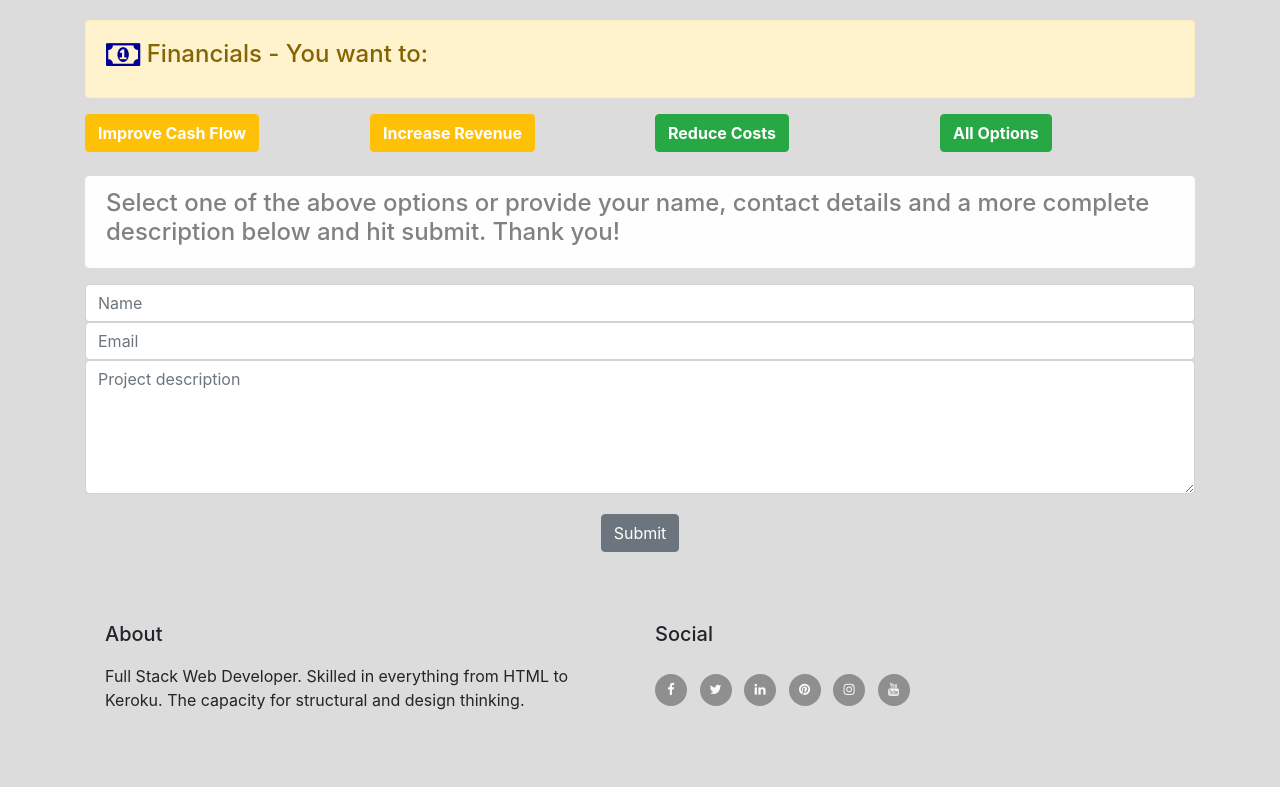
Repository: Code-Institute-Submissions/tenerim-milestone1
Page: Financials.html
The author's editor kept a record of every edit. The page is drawn from the files as they stood at one moment, then again after the next edit.
The browser window is 1280 px wide. The pictures show the whole page.

Above is the page before.

### Financials.html
<!DOCTYPE html>
<html lang="en">

<head>
    <meta charset="UTF-8">
    <meta name="viewport" content="width=device-width, initial-scale=1.0">
    <meta http-equiv="X-UA-Compatible" content="ie=edge">
    <link rel="stylesheet" href="https://stackpath.bootstrapcdn.com/bootstrap/4.3.1/css/bootstrap.min.css" type="text/css" />
    <link href="https://stackpath.bootstrapcdn.com/bootstrap/4.3.1/css/bootstrap.min.css" rel="stylesheet" integrity="sha384-ggOyR0iXCbMQv3Xipma34MD+dH/1fQ784/j6cY/iJTQUOhcWr7x9JvoRxT2MZw1T" crossorigin="anonymous">
    <link rel="stylesheet" href="https://stackpath.bootstrapcdn.com/font-awesome/4.7.0/css/font-awesome.min.css" type="text/css" />
    <link href="https://stackpath.bootstrapcdn.com/font-awesome/4.7.0/css/font-awesome.min.css" rel="stylesheet" integrity="sha384-wvfXpqpZZVQGK6TAh5PVlGOfQNHSoD2xbE+QkPxCAFlNEevoEH3Sl0sibVcOQVnN" crossorigin="anonymous">
    <link rel="stylesheet" href="assets/css/style.css" type="text/css" />
    <title>MT Milestone Project 1</title>

</head>

<!-------------------------------------------------------------Financials -->

<body>

    <section id="Financials" ;>

        <div class="container">

            <div class="row">
                <div class="col-sm-12">
                    <div class="alert alert-warning" role="alert">
                        <h4 class="alert-heading"><i class="fa fa-money fa-lg" aria-hidden="true"></i> Financials - You want to:</h4>
                    </div>
                </div>
            </div>

            <div class="row">

                <div class="col-sm-3">
                    <button type="button" class="btn btn-warning"><a href="#" class="alert-link">Improve Cash Flow</a></button> <br />
                </div>
                <div class="col-sm-3">
                    <button type="button" class="btn btn-warning"><a href="#" class="alert-link">Increase Revenue</a></button> <br />
                </div>
                <div class="col-sm-3">
                    <button type="button" class="btn btn-success"><a href="#" class="alert-link">Reduce Costs</a></button> <br />
                </div>
                <div class="col-sm-3">
                    <button type="button" class="btn btn-success"><a href="#" class="alert-link">All Options</a></button> <br /> <br />
                </div>
            </div>

            <div class="alert alert-light" role="alert">
                <h4 class="alert-heading">Select one of the above options or provide your name, contact details and a more complete description below and hit submit. Thank you!</h4>
            </div>

            <div class="center-form">
                <form>
                    <input type="text" name="name" id="fullname" class="form-control" placeholder="Name" required />
                    <input type="email" name="email" id="emailaddress" class="form-control" placeholder="Email" required />
                    <textarea rows="5" name="projectsummary" id="projectsummary" class="form-control" placeholder="Project description" required></textarea>
                    <div class="form-row text-center">
                        <div class="col">
                            <button type="submit" class="btn btn-secondary">Submit</button>
                        </div>
                    </div>
                </form>
            </div>

        </div>

    </section>


    <!-------------------------------------------------------------Footer -->

    <Section id="footer" ;>

        <footer class="container">
            <div id="footer-details" class="row">
                <div class="col-sm-6">
                    <h5 class="uppercase general-sub">About</h5>
                    <p class "inline-block">
                        Full Stack Web Developer. Skilled in everything from HTML to Keroku. The capacity for structural and design thinking.</p>
                </div>


                <div class="col-sm-6">
                    <h5 class="uppercase general-sub">Social</h5>
                    <ul class="list-inline social-links">
                        <li class="list-inline-item">
                            <a target="_blank" href="#">
                            <i class="fa fa-facebook" aria-hidden="true"></i>
                            <span class="sr-only">Facebook</span>
                        </a>
                        </li>
                        <li class="list-inline-item">
                            <a target="_blank" href="#">
                            <i class="fa fa-twitter" aria-hidden="true"></i>
                            <span class="sr-only">twitter</span>
                        </a>
                        </li>
                        <li class="list-inline-item">
                            <a target="_blank" href="#">
                            <i class="fa fa-linkedin" aria-hidden="true"></i>
                            <span class="sr-only">LinkedIn</span>
                        </a>
                        </li>
                        </li>
                        <li class="list-inline-item">
                            <a target="_blank" href="#">
                            <i class="fa fa-pinterest" aria-hidden="true"></i>
                            <span class="sr-only">Pinterest</span>
                        </a>
                        </li>
                        </li>
                        <li class="list-inline-item">
                            <a target="_blank" href="#">
                            <i class="fa fa-instagram" aria-hidden="true"></i>
                            <span class="sr-only">Instagram</span>
                        </a>
                        </li>
                        </li>
                        <li class="list-inline-item">
                            <a target="_blank" href="#">
                            <i class="fa fa-youtube" aria-hidden="true"></i>
                            <span class="sr-only">YouTube</span>
                        </a>
                        </li>
                    </ul>
                </div>
            </div>

        </footer>

    </Section>

</body>

</html>

### assets/css/style.css
.container-fluid {
    background-color: rgb(220, 220, 220);
}

section {
    background-color: rgb(220, 220, 220);
    padding-top: 10px;
    padding-bottom: 10px
}


.splash {
    background-color: rgb(192, 192, 192)
}


.display-4 {
    padding-top: 50px
}


.lead {
    padding-bottom: 50px
}


.headbox {
    border-radius: 25px;
    border: 2px solid #73AD21;
    padding: 10px;
    text-align: center;
    width: 200px;

}

h4 {
    color: rgb(255, 255, 255)
}



.alert-link {

color: rgb(255, 255, 255)
}

.nav-link {
color: #000099
}

.fa {
     color: #000099
    }



/*--------------------------------------How I Got Here-----*/

.timeline-item {
    padding: 0em 1em 1em 1em;
    border-left: 1px solid
}

.timeline-item:before {
    content: attr(data-dates);
    left: 2.5em;
    top: 3em;
    display: block;
    font-weight: 500;
    font-size: 1em;
    color: #000099;
}

.timeline-item:after {
    width: 12px;
    height: 12px;
    display: block;
    top: -3em;
    position: relative;
    left: -23px;
    border-radius: 12px;
    content: "";
    background: #000099
}


/*--------------------------------------How I Add Value-----*/

.values {
        font-size: 13px;
        color: #fafafa
    }






/*--------------------------------------Contact-----*/

.contact {
  position: relative;
  text-align: center;
  color: white
}


.top-left {
  position: absolute;
  top: 8px;
  left: 16px
}




/*--------------------------------------Footer-----*/

.social-links {
    padding-bottom: 15px
}

.social-links li a i {
    width: 32px;
    height: 32px;
    padding: 12px 0;
    border-radius: 50%;
    font-size: 13px;
    line-height: 7px;
    text-align: center;
    color: #fafafa;
    background: #8f8f8f;
    transition: all 0.35s ease-in-out;
    -moz-transition: all 0.35s ease-in-out;
    -webkit-transition: all 0.35s ease-in-out;
    -o-transition: all 0.35s ease-in-out
}

.social-links li a i:hover {
    background: #e84610
}

#footer-details {
    padding: 20px
}


/*--------------------------------------Padding-----*/

li     {
    padding-top: 10px;
    padding-bottom: 10px
}

.container
{
    padding-top: 10px;
    padding-bottom: 10px
}

h2 {
    padding-top: 10px;
    padding-bottom: 10px
}



h3 {
    padding-top: 10px;
    padding-bottom: 10px
}



h5 {
    padding-top: 10px;
    padding-bottom: 10px
}

.fa {
    padding-top: 10px;
    padding-bottom: 10px
 }

.btn-block  {
     margin-top: 10px
    }

.text-center {
    padding-top: 20px
}

.navbar {
    padding-top: 10px;
    padding-bottom: 10px
}

After the next edit:
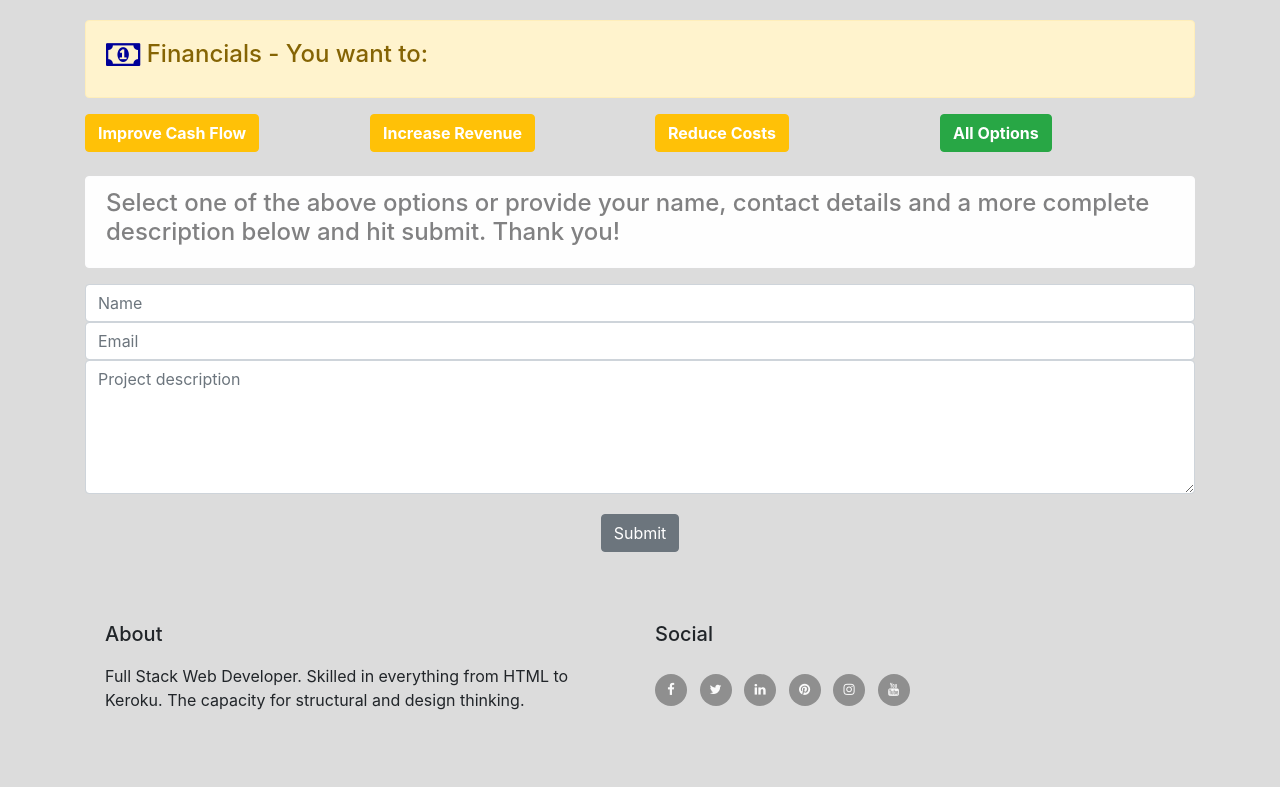
The edit:
--- a/Financials.html
+++ b/Financials.html
@@ -39,7 +39,7 @@
                     <button type="button" class="btn btn-warning"><a href="#" class="alert-link">Increase Revenue</a></button> <br />
                 </div>
                 <div class="col-sm-3">
-                    <button type="button" class="btn btn-success"><a href="#" class="alert-link">Reduce Costs</a></button> <br />
+                    <button type="button" class="btn btn-warning"><a href="#" class="alert-link">Reduce Costs</a></button> <br />
                 </div>
                 <div class="col-sm-3">
                     <button type="button" class="btn btn-success"><a href="#" class="alert-link">All Options</a></button> <br /> <br />
